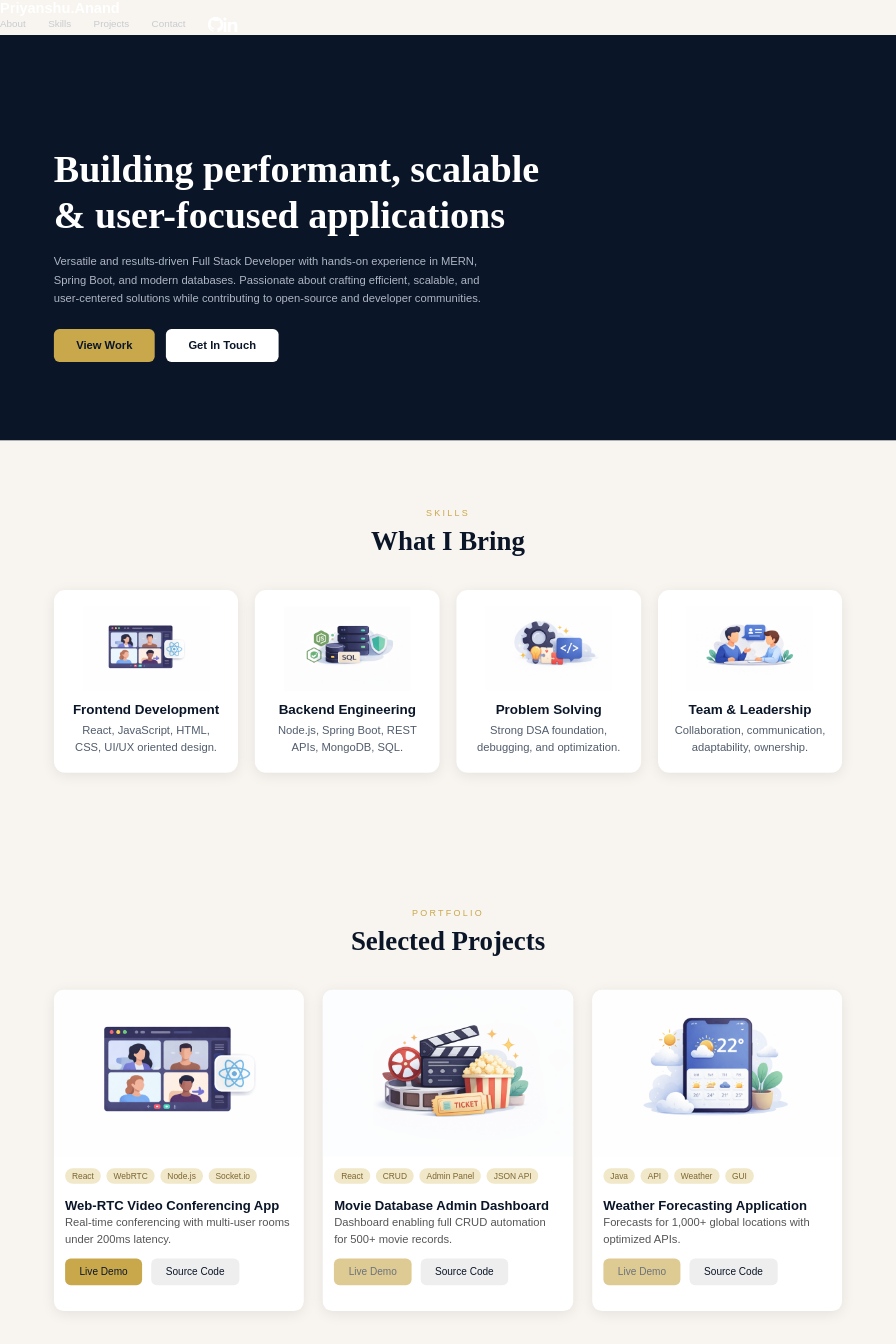
Repository: priyanshuanand12022/My-Portfolio
Page: /
An editor plug-in stored every save of this project. The page is shown before and after a run of saves, followed by the edit.
The browser window is 1280 px wide. The pictures show the part of the page from y = 0 to 1920 px (the page is 2796 px tall before and 2793 px after), at 70% of full size.
The project was rebuilt for these pictures with package versions that can differ from the ones it lists, and the page was loaded fresh each time. Also part of the build but not shown: vite.config.js.

Above is the page before, as saved 2026-02-25 22:00:35.

### index.html
<!doctype html>
<html lang="en">
  <head>
    <meta charset="UTF-8" />
    <link rel="icon" href="/favicon.png" type="image/png" sizes="32x32" />
    <link rel="apple-touch-icon" href="/favicon.png" />
    <meta name="viewport" content="width=device-width, initial-scale=1.0" />
    <title>Portfolio</title>
  </head>
  <body>
    <div id="root"></div>
    <script type="module" src="/src/main.jsx"></script>
  </body>
</html>

### src/main.jsx
import React from "react";
import ReactDOM from "react-dom/client";
import Portfolio from "./Portfolio.jsx";

ReactDOM.createRoot(document.getElementById("root")).render(
  <React.StrictMode>
    <Portfolio />
  </React.StrictMode>
);

### src/Portfolio.jsx
import { useState } from "react";
import "./Portfolio.css";
import emailjs from "emailjs-com";

// Images
import webrtcImg from "./assets/webrtc.png";
import movieImg from "./assets/movie.png";
import weatherImg from "./assets/weather.png";
import backendImg from "./assets/backend.png";
import problemImg from "./assets/problem.png";
import teamImg from "./assets/team.png";

export default function Portfolio() {
  const [submitted, setSubmitted] = useState(false);
  const [formData, setFormData] = useState({
    name: "",
    email: "",
    subject: "",
    message: "",
  });

  const handleSubmit = (e) => {
    e.preventDefault();

    emailjs.send(
    "service_lk6jd4n",
    "template_el7uc7k",
    {
      name: formData.name,
      email: formData.email,
      subject: formData.subject,
      message: formData.message,
    },
    "nVCyFrHKLSf0xcnOJ"
  )
  .then(() => {
    setSubmitted(true);
    })
  .catch((err) => {
    console.log("Email send error:", err);
    alert("Something went wrong!");
  });
  };

  const handleChange = (e) =>
    setFormData((prev) => ({ ...prev, [e.target.name]: e.target.value }));

  return (
    <div className="portfolio">
      <nav>
  <div className="nav-logo">Priyanshu<span>.</span>Anand</div>

  <ul className="nav-links">
    {["About", "Skills", "Projects", "Contact"].map((s) => (
      <li key={s}>
        <a href={`#${s.toLowerCase()}`}>{s}</a>
      </li>
    ))}

    {/* Social Icons */}
    <li className="social-icons">
      <a
        href="https://github.com/priyanshuanand12022"
        target="_blank"
        rel="noopener noreferrer"
      >
        <img className="icon" src="/github.svg" alt="GitHub" />
      </a>

      <a
        href="https://www.linkedin.com/in/priyanshu-anand-213315353"
        target="_blank"
        rel="noopener noreferrer"
      >
        <img className="icon" src="/linkedin.svg" alt="LinkedIn" />
      </a>
    </li>
  </ul>
</nav>

      {/* HERO */}
      <section id="about" className="hero">
        <h1>Building performant, scalable & user-focused applications</h1>

        <p className="hero-desc">
          Versatile and results-driven Full Stack Developer with hands-on
          experience in MERN, Spring Boot, and modern databases. Passionate
          about crafting efficient, scalable, and user-centered solutions
          while contributing to open-source and developer communities.
        </p>

        <div className="hero-buttons">
          <a href="#projects" className="btn-primary">View Work</a>
          <a href="#contact" className="btn-secondary">Get In Touch</a>
        </div>
      </section>

      {/* SKILLS */}
      <section id="skills" className="skills">
        <div className="section-tag">SKILLS</div>
        <h2 className="section-title">What I Bring</h2>

        <div className="skills-grid">

          <div className="skill-card">
            <img src={webrtcImg} alt="Frontend" className="skill-img" />
            <h3>Frontend Development</h3>
            <p>React, JavaScript, HTML, CSS, UI/UX oriented design.</p>
          </div>

          <div className="skill-card">
            <img src={backendImg} alt="Backend" className="skill-img" />
            <h3>Backend Engineering</h3>
            <p>Node.js, Spring Boot, REST APIs, MongoDB, SQL.</p>
          </div>

          <div className="skill-card">
            <img src={problemImg} alt="Problem Solving" className="skill-img" />
            <h3>Problem Solving</h3>
            <p>Strong DSA foundation, debugging, and optimization.</p>
          </div>

          <div className="skill-card">
            <img src={teamImg} alt="Team" className="skill-img" />
            <h3>Team & Leadership</h3>
            <p>Collaboration, communication, adaptability, ownership.</p>
          </div>

        </div>
      </section>

      {/* PROJECTS */}
      <section id="projects" className="projects">
        <div className="section-tag">PORTFOLIO</div>
        <h2 className="section-title">Selected Projects</h2>

        <div className="projects-grid">

          {/* WEBRTC */}
          <div className="project-card">
            <img src={webrtcImg} className="project-img" alt="WebRTC" />
            <div className="project-tags">
              <span>React</span><span>WebRTC</span><span>Node.js</span><span>Socket.io</span>
            </div>
            <h3>Web-RTC Video Conferencing App</h3>
            <p>Real-time conferencing with multi-user rooms under 200ms latency.</p>

            <div className="project-buttons">
              <a href="https://webrtc-conference-app2.netlify.app" className="btn-live">Live Demo</a>
              <a href="https://github.com/priyanshuanand12022/webrtc-full-app.git" className="btn-code">Source Code</a>
            </div>
          </div>

          {/* MOVIE DASHBOARD */}
          <div className="project-card">
            <img src={movieImg} className="project-img" alt="Movie Dashboard" />
            <div className="project-tags">
              <span>React</span><span>CRUD</span><span>Admin Panel</span><span>JSON API</span>
            </div>
            <h3>Movie Database Admin Dashboard</h3>
            <p>Dashboard enabling full CRUD automation for 500+ movie records.</p>

            <div className="project-buttons">
              <a className="btn-live disabled">Live Demo</a>
              <a href="https://github.com/priyanshuanand12022/DBMS-Movie-Ticket-Booking-System.git" className="btn-code">Source Code</a>
            </div>
          </div>

          {/* WEATHER APP */}
          <div className="project-card">
            <img src={weatherImg} className="project-img" alt="Weather App" />
            <div className="project-tags">
              <span>Java</span><span>API</span><span>Weather</span><span>GUI</span>
            </div>
            <h3>Weather Forecasting Application</h3>
            <p>Forecasts for 1,000+ global locations with optimized APIs.</p>

            <div className="project-buttons">
              <a className="btn-live disabled">Live Demo</a>
              <a href="https://github.com/priyanshuanand12022/JAVA-WEATHER-APPLICATION-PROJECT.git" className="btn-code">Source Code</a>
            </div>
          </div>

        </div>
      </section>

      {/* CONTACT */}
      <section id="contact" className="contact">
        <div className="section-tag light">CONTACT</div>
        <h2 className="section-title light">Let's Connect</h2>

        <p className="contact-desc">Have a project or collaboration in mind? Feel free to reach out.</p>

        {submitted ? (
          <div className="thankyou">Thank you! I’ll get back to you soon.</div>
        ) : (
          <form className="contact-form" onSubmit={handleSubmit}>
            <input name="name" placeholder="Your Name" required onChange={handleChange} />
            <input name="email" type="email" placeholder="Email" required onChange={handleChange} />
            <input name="subject" placeholder="Subject" onChange={handleChange} />
            <textarea name="message" placeholder="Message" required onChange={handleChange} />
            <button className="btn-primary submit-btn">Send Message</button>
          </form>
        )}
      </section>

      <footer className="footer">
        © 2026 <span>Priyanshu Anand</span> — All Rights Reserved.
      </footer>
    </div>
  );
}

### src/Portfolio.css
/* GLOBAL */
* {
  margin: 0;
  padding: 0;
  box-sizing: border-box;
}

body {
  font-family: "DM Sans", sans-serif;
  background: #f8f4ef;
  color: #0a1628;
}

.portfolio {
  width: 100%;
  overflow-x: hidden;
}

/* NAV */
.nav {
  display: flex;
  justify-content: space-between;
  align-items: center;
  padding: 1.2rem 6%;
  position: fixed;
  top: 0;
  width: 100%;
  background: rgba(10, 22, 40, 0.92);
  backdrop-filter: blur(10px);
  z-index: 200;
}

.nav-logo {
  color: white;
  font-weight: 600;
  font-size: 1.3rem;
}

.nav-links {
  display: flex;
  gap: 2rem;
  list-style: none;
}

.nav-links a {
  color: #c9cbd1;
  text-decoration: none;
  font-size: 0.88rem;
}

.nav-links a:hover {
  color: #e8c97a;
}

/* HERO */
.hero {
  background: #0a1628;
  color: white;
  padding: 10rem 6% 7rem;
}

.hero h1 {
  font-family: "Playfair Display", serif;
  font-size: 3.4rem;
  max-width: 750px;
  line-height: 1.2;
}

.hero-desc {
  margin-top: 1.3rem;
  color: #aeb5c3;
  max-width: 620px;
  line-height: 1.6;
}

.hero-buttons {
  margin-top: 2rem;
  display: flex;
  gap: 1rem;
}

.btn-primary {
  background: #c9a84c;
  color: #0a1628;
  padding: 0.9rem 2rem;
  border-radius: 8px;
  text-decoration: none;
  font-weight: 600;
}

.btn-secondary {
  background: white;
  color: #0a1628;
  padding: 0.9rem 2rem;
  border-radius: 8px;
  text-decoration: none;
  font-weight: 600;
}

/* SECTION HEADERS */
.section-tag {
  text-align: center;
  letter-spacing: 0.25em;
  color: #c9a84c;
  font-size: 0.8rem;
}

.section-title {
  text-align: center;
  font-family: "Playfair Display", serif;
  font-size: 2.4rem;
  margin: 0.7rem 0 3rem;
}

/* SKILLS */
.skills {
  padding: 6rem 6%;
}

.skills-grid {
  display: grid;
  grid-template-columns: repeat(auto-fit, minmax(260px, 1fr));
  gap: 1.5rem;
}

.skill-card {
  background: white;
  padding: 1.5rem;
  border-radius: 16px;
  text-align: center;
  min-height: 260px;
  box-shadow: 0 4px 20px rgba(0, 0, 0, 0.08);
}

.skill-img {
  width: 180px;
  margin: 0 auto 1rem;
  display: block;
}

.skill-card h3 {
  font-size: 1.2rem;
  margin-bottom: 0.4rem;
}

.skill-card p {
  color: #515c6c;
  line-height: 1.5;
}

/* PROJECTS */
.projects {
  padding: 6rem 6%;
}

.projects-grid {
  display: grid;
  grid-template-columns: repeat(auto-fit, minmax(290px, 1fr));
  gap: 1.7rem;
}

.project-card {
  background: white;
  border-radius: 14px;
  padding-bottom: 1.3rem;
  box-shadow: 0 4px 20px rgba(0, 0, 0, 0.08);
}

.project-img {
  width: 100%;
  border-radius: 14px 14px 0 0;
}

.project-tags {
  display: flex;
  gap: 8px;
  flex-wrap: wrap;
  padding: 0.8rem 1rem;
}

.project-tags span {
  background: #f1e7c9;
  color: #7b6630;
  padding: 4px 10px;
  border-radius: 20px;
  font-size: 0.75rem;
}

.project-card h3 {
  padding: 0 1rem;
  margin-top: 0.5rem;
}

.project-card p {
  padding: 0 1rem;
  color: #555;
  line-height: 1.5;
}

.project-buttons {
  padding: 1rem;
  display: flex;
  gap: 0.8rem;
}

.btn-live {
  background: #c9a84c;
  color: #0a1628;
  padding: 0.7rem 1.3rem;
  border-radius: 8px;
  font-size: 0.9rem;
  text-decoration: none;
}

.btn-code {
  background: #eee;
  color: #0a1628;
  padding: 0.7rem 1.3rem;
  border-radius: 8px;
  font-size: 0.9rem;
  text-decoration: none;
}

.disabled {
  opacity: 0.6;
  pointer-events: none;
}

/* CONTACT */
.contact {
  background: #0a1628;
  color: white;
  padding: 6rem 6%;
  margin-top: 4rem;
  text-align: center;
}

.section-title.light {
  color: white;
}

.contact-desc {
  margin-top: 1rem;
  color: #b7c0cf;
  font-size: 1.05rem;
}

.contact-form {
  margin-top: 2.5rem;
  max-width: 450px;
  margin-left: auto;
  margin-right: auto;
  display: flex;
  flex-direction: column;
  gap: 1rem;
}

.contact-form input,
.contact-form textarea {
  padding: 0.9rem 1rem;
  background: #102039;
  border-radius: 8px;
  border: 1px solid #21324d;
  color: white;
}

.submit-btn {
  margin-top: 0.5rem;
  align-self: center;
}

/* FOOTER */
.footer {
  text-align: center;
  padding: 1.8rem 0;
  background: #0a1628;
  color: #c2cad6;
}

.footer span {
  color: #e6c878;
}

After the next 3 saves:
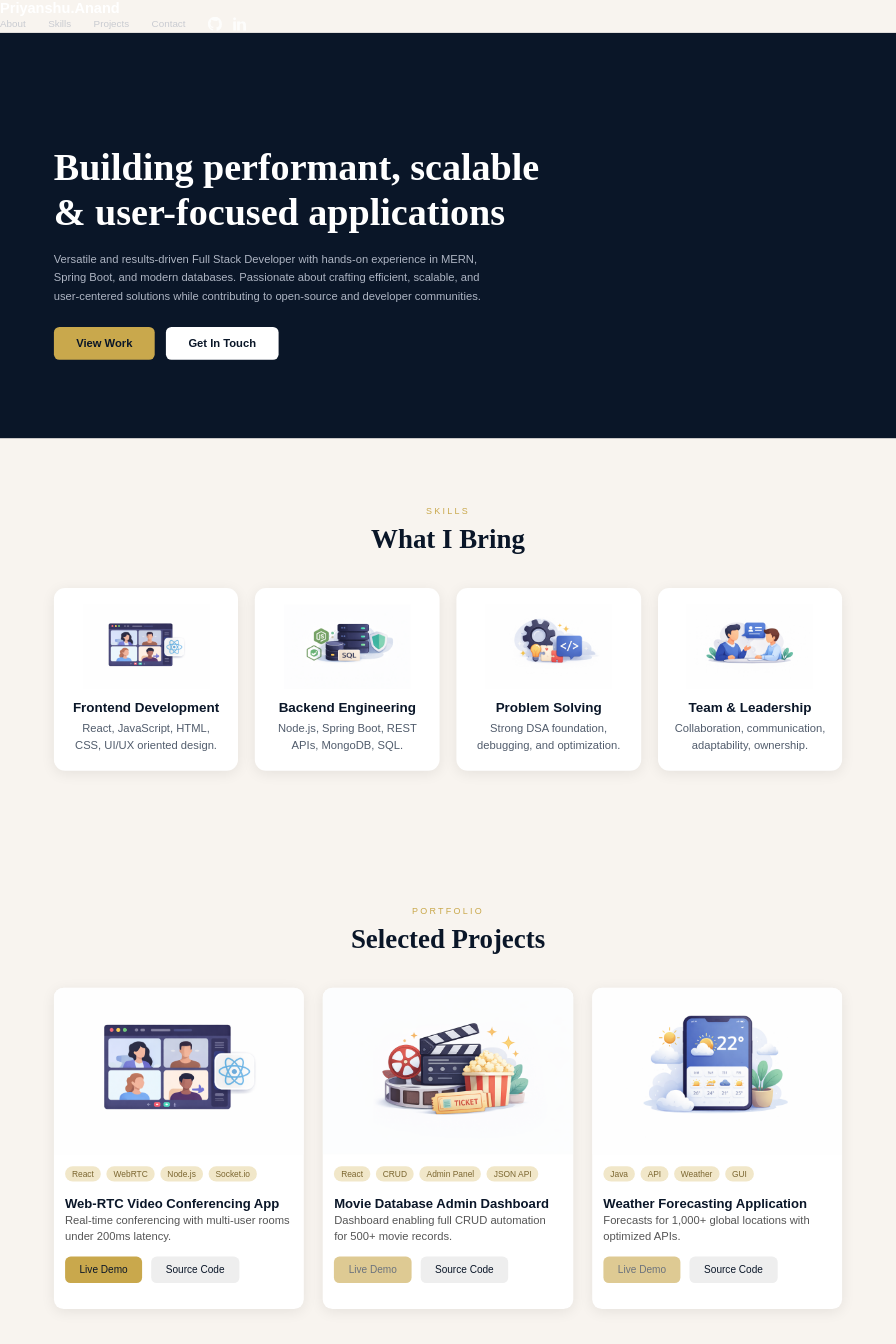
The 3 saves are shown as one change because they came seconds apart.
The last was saved 58 s later.
--- a/src/Portfolio.css
+++ b/src/Portfolio.css
@@ -239,6 +239,24 @@ body {
   color: white;
 }
 
+.social-icons {
+  display: flex;
+  align-items: center;
+  gap: 1rem;
+}
+
+.icon {
+  width: 20px;
+  height: 20px;
+  opacity: 0.85;
+  transition: opacity 0.2s, transform 0.2s;
+}
+
+.icon:hover {
+  opacity: 1;
+  transform: scale(1.1);
+}
+
 .contact-desc {
   margin-top: 1rem;
   color: #b7c0cf;
